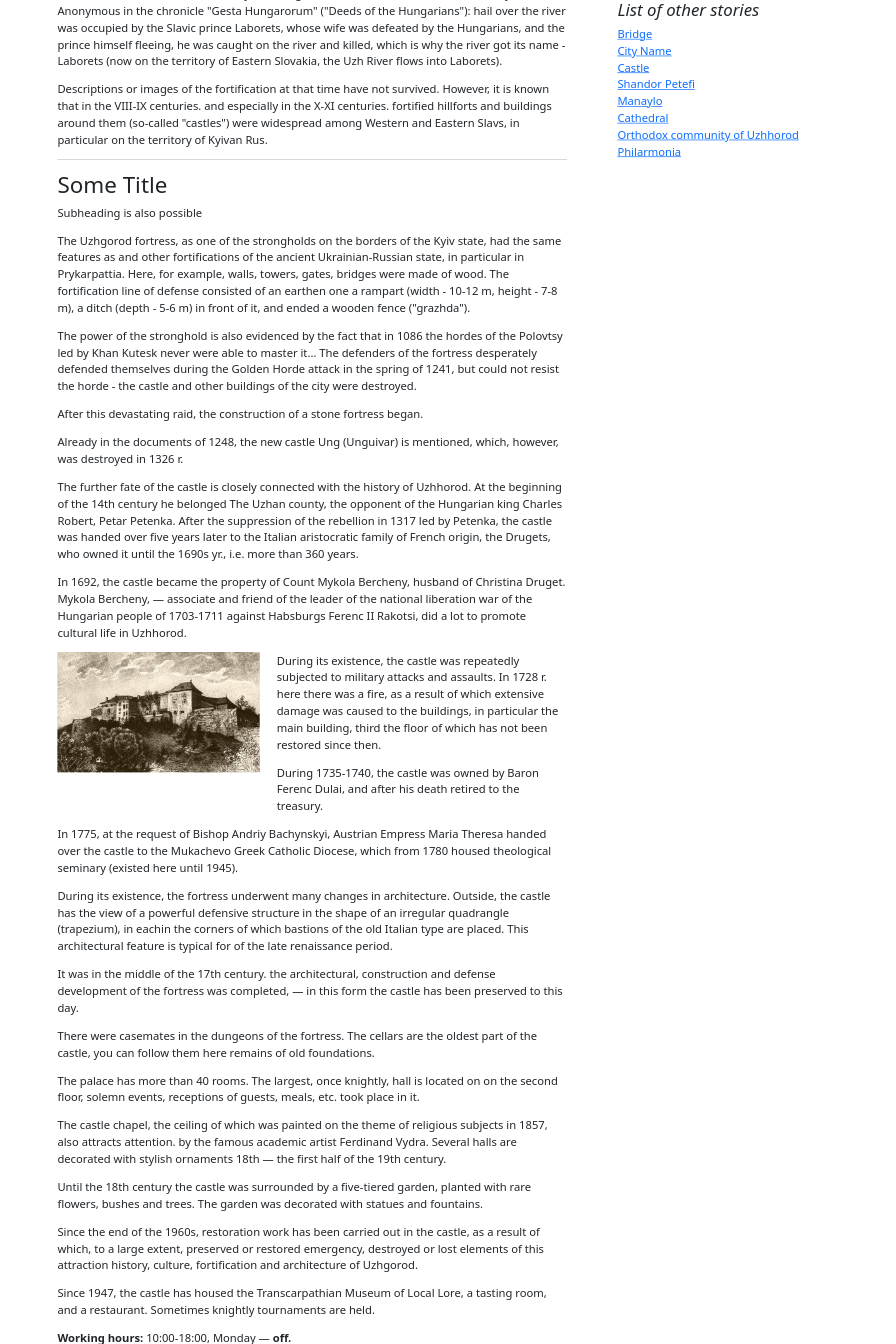
Repository: LordClaus/ProUzhorod
Page: EN/Pages/historyCastlePage.html
An editor plug-in stored every save of this project. The page is shown before and after the next save, followed by the edit.
The browser window is 1280 px wide. The pictures show the part of the page from y = 749 to 2669 px (the page is 3181 px tall before and 3094 px after), at 70% of full size.

Above is the page before, as saved 2024-05-06 22:23:24.
Console error: TypeError: Cannot read properties of null (reading 'addEventListener')

### EN/Pages/historyCastlePage.html
<!DOCTYPE html>
<html lang="en">

<head>
    <meta charset="UTF-8">
    <meta name="viewport" content="width=device-width, initial-scale=1.0">
    <title>ProUzhhorod</title>
    <link rel="stylesheet" type="text/css" href="../Data/styles.css">
    <link rel="icon" href="../Data/Images/6.png" type="image/x-icon">
    <!-- Bootstrap CSS (jsDelivr CDN) -->
    <link href="https://cdn.jsdelivr.net/npm/bootstrap@5.3.0/dist/css/bootstrap.min.css" rel="stylesheet"
        integrity="sha384-9ndCyUaIbzAi2FUVXJi0CjmCapSmO7SnpJef0486qhLnuZ2cdeRhO02iuK6FUUVM" crossorigin="anonymous">
    <script async src="https://pagead2.googlesyndication.com/pagead/js/adsbygoogle.js?client=ca-pub-8885934714147169"
        crossorigin="anonymous"></script>
    <!-- Bootstrap Bundle JS (jsDelivr CDN) -->
    <script defer src="https://cdn.jsdelivr.net/npm/bootstrap@5.3.0/dist/js/bootstrap.bundle.min.js"
        integrity="sha384-geWF76RCwLtnZ8qwWowPQNguL3RmwHVBC9FhGdlKrxdiJJigb/j/68SIy3Te4Bkz"
        crossorigin="anonymous"></script>
        <script src="pages_js_ua.js"> </script>
</head>

<body>
    <div class="container-fluid fixed-top">
        <header class="d-flex flex-wrap justify-content-center py-3 mb-4 border-bottom">
            <a href="../Main.html"
                class="d-flex align-items-center mb-3 mb-md-0 me-md-auto text-dark text-decoration-none">
                <svg class="bi me-2" width="40" height="32">
                    <use xlink:href="#bootstrap"></use>
                </svg>
                <img src="../Data/Images/25.png" height="50px" id="logo-image" class="d-inline-block align-text-top">
                <h2 class="m-0">ProUzhhorod</h2>
            </a>
            <ul class="nav nav-pills">
                <li class="nav-item"><a class="nav-link text-dark" href="../Main.html">About the city</a></li>
                <li class="nav-item"><a class="nav-link text-dark" href="../map.html">Map of Uzhhorod</a></li>
                <li class="nav-item"><a class="nav-link text-dark" href="../mapAirRade.html">Air Raid Map</a>
                </li>
                <li class="nav-item"><a class="nav-link text-dark" href="#contact">More</a></li>
            </ul>
        </header>
    </div>

    <header style="height: 200px; color: #111; padding-top: 120px; visibility: hidden; @media (max-width: 815м) {
          padding-top: 170px;
     }">
        <div class="scrolled">
            <h1>About us</h1>
        </div>
    </header>

    <main class="container">
        <div class="p-4 p-md-5 mb-4 text-white rounded bg-dark">
            <div class="col-md-6 px-0">
                <h1 class="display-4 fst-italic">Lock</h1>
                <p class="lead my-3">The castle is the oldest and most valuable historical and architectural building of
                    the city.</p>
            </div>
        </div>

        <div class="row g-5">
            <div class="col-md-8">
                <h3 class="pb-4 mb-4 fst-italic border-bottom">
                    History
                </h3>

                <article class="blog-post">
                    <h2 class="blog-post-title">Where it all started</h2>

                    <p> The name of the Ungvar castle (castle on the river) also gave the city its name (at the
                        beginning of the 20th century, the name was changed
                        in Slavic
                        Uzhgorod). The first fortifications on Zamkova Gora date back to ancient times, - mentions of
                        Uzhgorod
                        hillfort
                        are found in very ancient documents and chronicles. On the existence of the Hun fortificationg
                        during the transition
                        Magyars at the end of the 9th century. through the Carpathian passes into the Tisza-Danube
                        lowland is also evidenced by the Hungarian one
                        chronicler of the 12th century Anonymous in the chronicle "Gesta Hungarorum" ("Deeds of the
                        Hungarians"): hail over the river
                        was occupied by the Slavic prince Laborets, whose wife was defeated by the Hungarians, and the
                        prince himself
                        fleeing, he was caught on the river and killed, which is why the river got its name - Laborets
                        (now
                        on the territory of Eastern Slovakia, the Uzh River flows into Laborets).
                    </p>
                    <p>Descriptions or images of the fortification at that time have not survived. However, it is known
                        that in the VIII-IX centuries. and
                        especially in the X-XI centuries. fortified hillforts and buildings around them (so-called
                        "castles") were widespread
                        among Western and Eastern Slavs, in particular on the territory of Kyivan Rus.</p>
                    <hr>
                    <h2>Some Title</h2>
                    <p>Subheading is also possible</p>
                    <p>The Uzhgorod fortress, as one of the strongholds on the borders of the Kyiv state, had the same
                        features as
                        and other fortifications of the ancient Ukrainian-Russian state, in particular in Prykarpattia.
                        Here, for example,
                        walls, towers, gates, bridges were made of wood. The fortification line of defense consisted of
                        an earthen one
                        a rampart (width - 10-12 m, height - 7-8 m), a ditch (depth - 5-6 m) in front of it, and ended
                        a wooden fence ("grazhda").
                    </p>
                    <p>The power of the stronghold is also evidenced by the fact that in 1086 the hordes of the Polovtsy
                        led by Khan Kutesk never
                        were able to master it... The defenders of the fortress desperately defended themselves during
                        the Golden Horde attack
                        in the spring of 1241, but could not resist the horde - the castle and other buildings of the
                        city were destroyed.
                    </p>
                    <p>After this devastating raid, the construction of a stone fortress began.</p>

                    Already in the documents of 1248, the new castle Ung (Unguivar) is mentioned, which, however, was
                    destroyed in 1326
                    r.</p>
                    <p>The further fate of the castle is closely connected with the history of Uzhhorod. At the
                        beginning of the 14th century he belonged
                        The Uzhan county, the opponent of the Hungarian king Charles Robert, Petar Petenka. After
                        the suppression of the rebellion in 1317 led by Petenka, the castle was handed over five years
                        later
                        to the Italian aristocratic family of French origin, the Drugets, who owned it until the 1690s
                        yr., i.e. more than 360 years.
                    </p>
                    <p>In 1692, the castle became the property of Count Mykola Bercheny, husband of Christina Druget.
                        Mykola Bercheny, —
                        associate and friend of the leader of the national liberation war of the Hungarian people of
                        1703-1711 against
                        Habsburgs Ferenc II Rakotsi, did a lot to promote cultural life in Uzhhorod.
                    </p>
                    <div class="row featurette">
                        <div class="col-md-7 order-md-2">
                            <p>During its existence, the castle was repeatedly subjected to military attacks and
                                assaults. In 1728
                                r. here
                                there was a fire, as a result of which extensive damage was caused to the buildings, in
                                particular the main building,
                                third
                                the floor of which has not been restored since then.
                            </p>
                            <p>During 1735-1740, the castle was owned by Baron Ferenc Dulai, and after his death
                                retired to the treasury.
                            </p>
                        </div>
                        <div class="col-md-5 order-md-1">
                            <img class="bd-placeholder-img bd-placeholder-img-lg featurette-image img-fluid mx-auto"
                                width="600" height="auto" xmlns="http://www.w3.org/2000/svg" role="img"
                                aria-label="Placeholder: 500x500" preserveAspectRatio="xMidYMid slice" focusable="false"
                                src="../Data/Images/26.jpg">
                        </div>
                    </div>
                    <p>In 1775, at the request of Bishop Andriy Bachynskyi, Austrian Empress Maria Theresa
                        handed over the castle to the Mukachevo Greek Catholic Diocese, which from 1780 housed
                        theological seminary (existed here until 1945).
                    </p>
                    <p>During its existence, the fortress underwent many changes in architecture. Outside, the castle
                        has
                        the view of a powerful defensive structure in the shape of an irregular quadrangle (trapezium),
                        in eachin the corners of which bastions of the old Italian type are placed. This architectural
                        feature is typical for
                        of the late renaissance period.
                    </p>
                    <p>It was in the middle of the 17th century. the architectural, construction and defense development
                        of the fortress was completed, —
                        in this form the castle has been preserved to this day.
                    </p>
                    <p>There were casemates in the dungeons of the fortress. The cellars are the oldest part of the
                        castle, you can follow them here
                        remains of old foundations.
                    </p>
                    <p>The palace has more than 40 rooms. The largest, once knightly, hall is located on
                        on the second floor, solemn events, receptions of guests, meals, etc. took place in it.</p>
                    </p>
                    <p>
                        The castle chapel, the ceiling of which was painted on the theme of religious subjects in 1857,
                        also attracts attention.
                        by the famous academic artist Ferdinand Vydra. Several halls are decorated with stylish
                        ornaments
                        18th — the first half of the 19th century.
                    </p>
                    <p>

                        Until the 18th century the castle was surrounded by a five-tiered garden, planted with rare
                        flowers, bushes and trees.
                        The garden was decorated with statues and fountains.
                    </p>
                    <p>

                        Since the end of the 1960s, restoration work has been carried out in the castle, as a result of
                        which, to a large extent,
                        preserved or restored emergency, destroyed or lost elements of this attraction
                        history, culture, fortification and architecture of Uzhgorod.
                    </p>
                    <p>

                        Since 1947, the castle has housed the Transcarpathian Museum of Local Lore, a tasting room, and
                        a restaurant.
                        Sometimes knightly tournaments are held.
                    </p>
                    <p><strong>Working hours:</strong>
                        10:00-18:00, Monday — <strong>off.</strong><br>
                        <strong>Contacts:</strong>
                        Transcarpathian region
                        Uzhgorod district
                        Uzhhorod city
                        St. Kapitulna, 33<br>
                        <strong>Tel.:</strong> +38 (03126) 1-46-09
                        +38 (03126) 3-44-42
                    </p>
                </article>
            </div>

            <div class="col-md-4">
                <div class="position-sticky" style=" padding-top: 120px; top: 2rem;">
                    <div class="p-4 mb-3 bg-light rounded">
                        <h4 class="fst-italic text-dark">About the author</h4>
                        <p class="mb-0 text-dark">Elizaveta Tiborivna Beleikanych</p>
                    </div>

                    <div class="p-4">
                        <h4 class="fst-italic">List of other stories</h4>
                        <ol class="list-unstyled mb-0">
                            <li><a href="historyBridgePage.html">Bridge</a></li>
                            <li><a href="historyNamePage.html">City Name</a></li>
                            <li><a href="historyCastlePage.html">Castle</a></li>
                            <li><a href="historyPetefiPage.html">Shandor Petefi</a></li>
                            <li><a href="historyManayloPage.html">Manaylo</a></li>
                            <li><a href="historySoborPage.html">Cathedral</a></li>
                            <li><a href="historyPravoslavniPage.html">Orthodox community of Uzhhorod</a></li>
                            <li><a href="historyFylarmoniaPage.html">Philarmonia</a></li>
                        </ol>
                    </div>
                </div>
            </div>
    </main>

    <div style="visibility: hidden;">
        <hr>
        <hr>
        <hr>
    </div>

    <section>
        <div class="bottom">
            <h2>Contacts</h2>
            <p>Address: str. Hrushevsky, 2, Uzhgorod, Ukraine</p>
            <p>Telephone: +380 99 640 0950</p>
            <p>Our mail: <a href="mailto:prouzhorod022@gmail.com"
                    style="color: blue;"><u>prouzhorod022@gmail.com</u></a></p>
            <h3>We are in:</h3>
            <div class="links">
                <a title="facebook" target="_blank"
                    href="https://www.facebook.com/profile.php?id=61554309443191&viewas=100000686899395"><img
                        src="../Data/Images/19.png"></a>
                <a title="Instagram" target="_blank" href="https://www.instagram.com/prouzhorod/?hl=en"><img
                        src="../Data/Images/20.png"></a>
                <a title="Twitter" target="_blank" href="https://twitter.com/ProUzhorod"><img
                        src="../Data/Images/21.png"></a>
            </div>
        </div>
    </section>
    <footer>
        <div class="bottom">
            <p>&copy; 2023 City of Uzhhorod</p>
        </div>
    </footer>
</body>

</html>

Loaded but not shown: EN/Pages/pages_js_ua.js (47 lines, source omitted); EN/Data/styles.css (437 lines, source omitted)

After the next save:
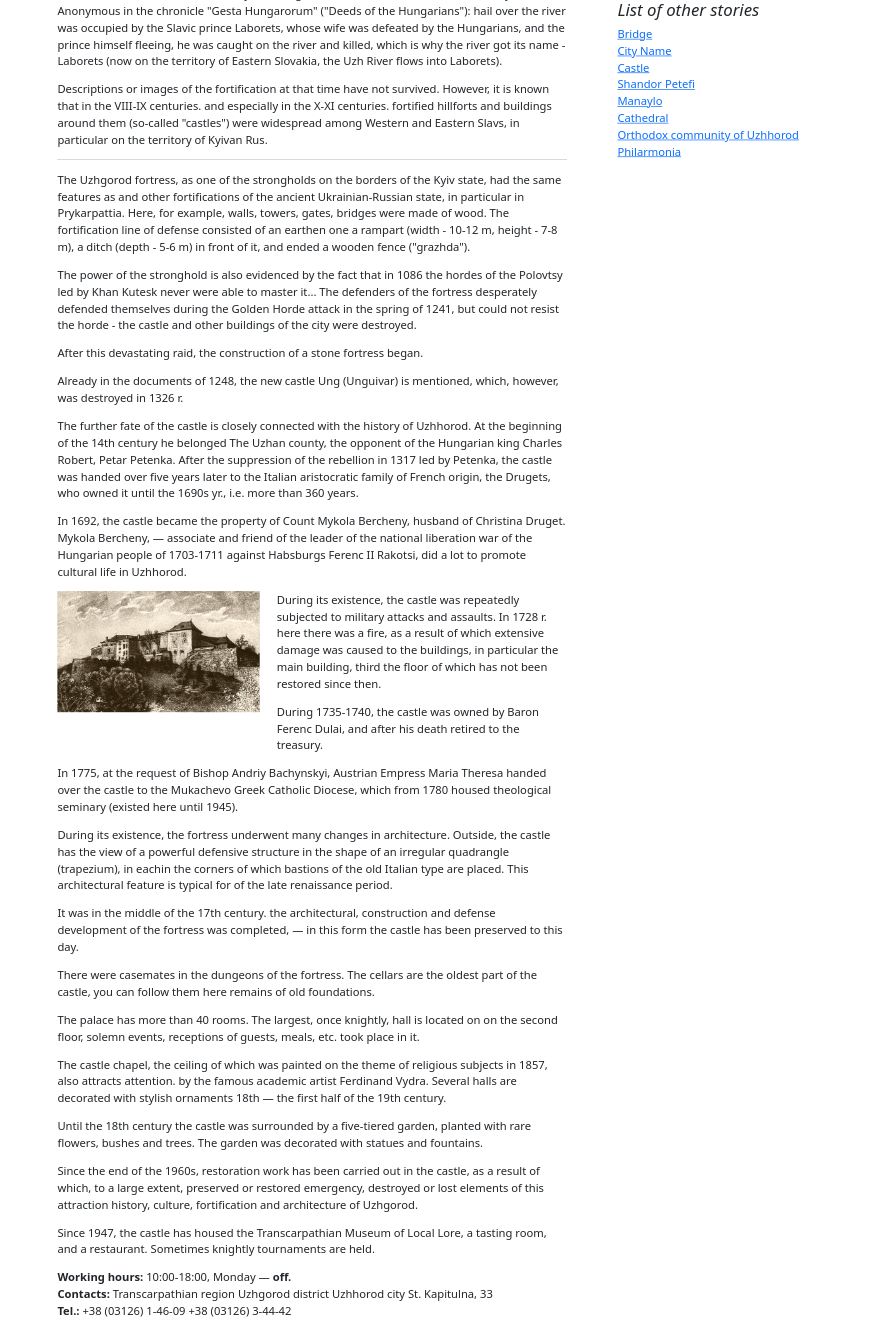
Saved 5 min 55 s later.
--- a/EN/Pages/historyCastlePage.html
+++ b/EN/Pages/historyCastlePage.html
@@ -90,8 +90,7 @@
                         "castles") were widespread
                         among Western and Eastern Slavs, in particular on the territory of Kyivan Rus.</p>
                     <hr>
-                    <h2>Some Title</h2>
-                    <p>Subheading is also possible</p>
+
                     <p>The Uzhgorod fortress, as one of the strongholds on the borders of the Kyiv state, had the same
                         features as
                         and other fortifications of the ancient Ukrainian-Russian state, in particular in Prykarpattia.
